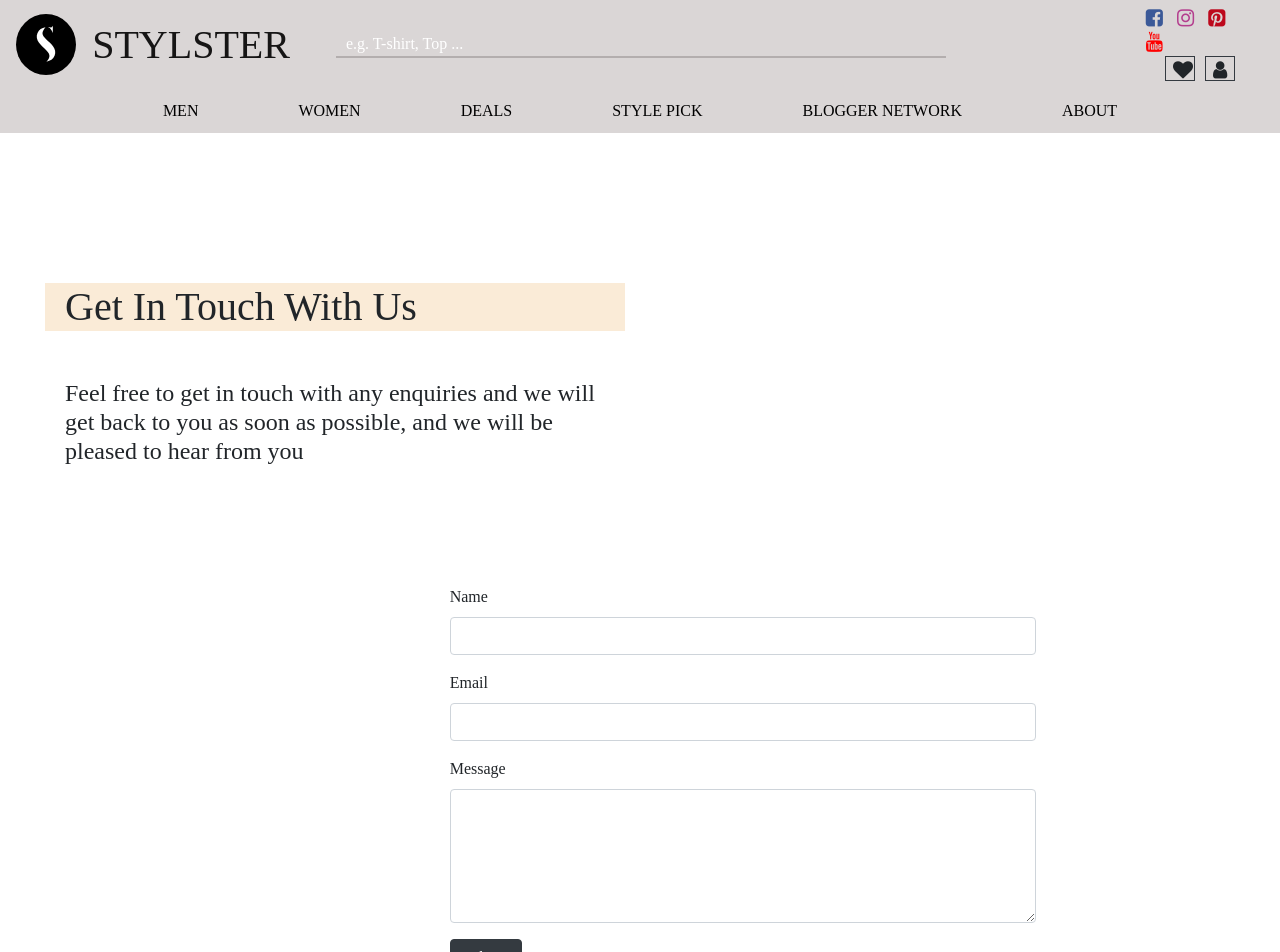
Repository: Lovekr/stylester
Page: stylster_frontend_design/contact.html
An editor plug-in stored every save of this project. The page is shown before and after the next save, followed by the edit.
The browser window is 1280 px wide. The pictures show the part of the page from y = 0 to 952 px (the page is 1689 px tall before and 1737 px after).
A picture or video elsewhere on the page could not be fetched, so the positions and the page height are approximate. Some web fonts or font styles are not loaded; a fallback is used.

Above is the page before, as saved 2020-02-26 14:53:24.

### stylster_frontend_design/contact.html
<!DOCTYPE html>
<html lang="en">
<head>
    <meta charset="UTF-8">
    <meta name="viewport" content="width=device-width, initial-scale=1.0">
    <link rel="stylesheet" href="https://stackpath.bootstrapcdn.com/bootstrap/4.4.1/css/bootstrap.min.css" >
     <link rel="stylesheet" href="./css/owl.carousel.css">
     <link rel="stylesheet" href="./css//owl.theme.default.min.css">
     <link rel="stylesheet" href="https://cdnjs.cloudflare.com/ajax/libs/font-awesome/4.7.0/css/font-awesome.min.css">
    <link rel="stylesheet" href="./css/contact.css">
    <title>STYLSTER</title>
</head>
<body>



    <div id="navbar">
        <nav class="navbar navbar-expand-lg navbar-light">
            <img class="pr-3"  src="./asset/stylster logo1-01.svg"><a class="navbar-brand" href="#">STYLSTER</a>

          <button class="navbar-toggler" type="button" data-toggle="collapse" data-target="#navbarSupportedContent" aria-controls="navbarSupportedContent" aria-expanded="false" aria-label="Toggle navigation">
            <span class="navbar-toggler-icon"></span>
        </button>
            <div class="collapse navbar-collapse" id="navbarSupportedContent">
              <input type="text" placeholder="e.g. T-shirt, Top ...">
              <div class="navbar-manu-inside">
                <a href="#">MEN</a>
                <a href="#">WOMEN</a>
                <a href="#">DEALS</a>
                <a href="#">STYLE PICK</a>
                <a href="#">BLOGGER NETWORK</a>
                <a href="#">ABOUT</a>
              </div>
              <div class="displaynone1000">
                <div>
                    <i class="fa fa-facebook-square"></i>
                    <i class="fa fa-instagram"></i>
                    <i class="fa fa-pinterest-square"></i>
                    <i class="fa fa-youtube"></i>
                  </div>
                  <div class="flexIcon">
                    <i class="fa fa-heart border border-dark"></i>
                    <i class="fa fa-user border border-dark"></i>
                  </div>
              </div>
            </div>

        </nav>
        <div class="navbar-manu">
          <a href="#">MEN</a>
          <a href="#">WOMEN</a>
          <a href="#">DEALS</a>
          <a href="#">STYLE PICK</a>
          <a href="#">BLOGGER NETWORK</a>
          <a href="#">ABOUT</a>
        </div>
    </div>





    <div class="container-fluid contactUs">
       <div class="row">
           <div class="col-md-6 col-sm-12">
                <div class="Touch">
                    <div class="bgpinK">
                        <h1 class=" my-5">Get In Touch With Us</h1>
                    </div>

                    <h4>Feel free to get in touch with any enquiries and we will get back to you as soon as possible, and we will be pleased to hear from you</h4>

                </div>
            </div>
       </div>
       <div class="row px-4">
           <div class="col-md-4 col-sm-12"></div>
           <div class="col-md-6 col-sm-12">
            <form>
                <div class="form-group">
                  <label for="exampleInputEmail1">Name</label>
                  <input type="email" class="form-control" id="exampleInputEmail1" aria-describedby="emailHelp" placeholder="Name">

                </div>
                <div class="form-group">
                  <label for="exampleInputPassword1">Email</label>
                  <input type="password" class="form-control" id="exampleInputPassword1" placeholder="Email">
                </div>
                <div class="form-group">
                    <label for="exampleFormControlTextarea1">Message</label>
                    <textarea class="form-control" id="exampleFormControlTextarea1" rows="5"></textarea>
                  </div>

                <button type="submit" class="btn btn-dark">Submit</button>
              </form>
           </div>
       </div>
    </div>

    <div id="Social" class="container">
        <div class="row">

                    <div class="col-md-4 col-sm-12">
                        <img class="img-fluid" src="https://images.unsplash.com/photo-1505156868547-9b49f4df4e04?ixlib=rb-1.2.1&ixid=eyJhcHBfaWQiOjEyMDd9&auto=format&fit=crop&w=359&q=80">
                    </div>
                    <div class="col-md-6 col-sm-12">
                        <div class="Touch">
                            <div class="bgpinK">
                                <h1 class=" my-3 text-center">Our Socials</h1>

                            </div>
                            <hr>
                            <h5>Feel free to get in touch with any enquiries and we will get back to you as soon as possible, and we will be pleased to hear from you</h4>

                            <h5>Feel free to get in touch with any enquiries and we will get back to you as soon as possible, and we will be pleased to hear from you</h4>

                            <h5>Feel free to get in touch with any enquiries and we will get back to you as soon as possible, and we will be pleased to hear from you</h5>

                        </div>
                        <div class="socialIcon text-center">
                            <h4>Follow Us</h4>

                           <div class="mt-4">
                            <a href="#"><i class="fa fa-facebook-square fa-2x pr-2"></i></a>
                            <a href="#"><i class="fa fa-instagram fa-2x pr-2"></i></a>
                            <a href="#"><i class="fa fa-pinterest-p fa-2x"></i></a>
                            <a href="#"><i class="fa fa-youtube fa-2x "></i></a>

                           </div>
                        </div>
                    </div>

        </div>
    </div>


    <br>
    <br>
    <br>
    <br>

    <br>
    <br>






    <script src="https://code.jquery.com/jquery-3.4.1.slim.min.js" ></script>
    <script src="https://cdn.jsdelivr.net/npm/popper.js@1.16.0/dist/umd/popper.min.js" ></script>
    <script src="https://stackpath.bootstrapcdn.com/bootstrap/4.4.1/js/bootstrap.min.js" ></script>
</body>
</html>

### stylster_frontend_design/css/contact.css
@import url('https://fonts.googleapis.com/css?family=Allerta+Stencil&display=swap');
html *
{
    font-family: 'Allerta Stencil';

}
*{
    margin: 0;
    padding: 0;
}
h1,h2,h3,h4,h5,h6,p{
    padding: 0px;
    margin: 0px;
}


/* navbar */




#navbar{
    background-color: rgb(218, 214, 214) !important;
}
#navbar .navbar-brand{
    font-size: 40px;
    font-weight: 500;
}
#navbar i{
    margin-right: 10px;
    font-size: 20px;
}

#navbar .nav-link{
    color: black;
    margin:0px 20px 0px 20px;
    text-decoration: underline;
    font-weight: 500;
}

.fa-facebook-square {
    color: #3b5998;
  }
.fa-instagram {
    color: #B43E8E;
}
.fa-pinterest-square {
    color: #bd081c;
}
.fa-pinterest-p {
    color: #bd081c;
}
.fa-youtube {
      color: #FF0000;
}
.fa-twitter-square {
    color: #1da1f2;
}

.flexIcon{
    display: flex;
    justify-content: center;
    width: 100%;
}
.flexIcon i{

   width: 30px;
   padding: 3px  7px;
   height: 25px;
}

#navbar input{
    width: 65%;
    margin:auto 200px auto 30px;
     outline: 0;
    border-width: 0 0 2px;
    border-color: rgb(179, 174, 174);
    background-color: rgb(218, 214, 214) !important;
}
::placeholder {
    color:white !important;
}
#navbar input:focus {
    border-color: black
  }
  #navbar input::placeholder{
      padding-left: 10px;
  }

.navbar-manu{
    display: flex;
    justify-content: center;
}
.navbar-manu a{
    margin: 10px 50px;
}
.navbar-manu a{
    color: black !important;
   font-weight: 500;
}
.navbar-manu a:hover{
    text-decoration: underline;
}
@media only screen and (min-width: 1000px){
    .navbar-manu-inside{
        display: none;
    }
}

@media only screen and (max-width: 1000px){
    .displaynone1000{
        display: none;
    }
    .navbar-manu{
        display: none;

    }

    .navbar-manu-inside {
        display: flex;
        flex-direction: column;
        margin: 20px 0px 20px 30px;
        padding: 20px 0px;
    }

    .navbar-manu-inside a{
            margin: 10px 0px;
            color: black !important;
            font-weight: 500;
    }

}
@media only screen and (max-width: 1024px){
    #navbar input {
    width: 50%;
    }
    .navbar-manu a {
        margin: 10px 20px;
    }
}

@media only screen and (max-width: 770px){
    #navbar input {
        width: 70%;
    }
}

@media only screen and (max-width: 450px){
    #navbar input {
        width: 100%;
        margin:auto;
        margin-top: 15px;
    }
}













@media only screen and (max-width: 500px){
   .bgpinK h1{
    font-size: 30px;
}


}


  .contactUs .Touch{
    margin-top: 150px ;
    padding-left: 30px;

  }

  .contactUs .Touch .bgpinK{
      background-color: antiquewhite;
  }

  .contactUs .Touch h1, .contactUs .Touch h4{
      padding-left: 20px;
  }
  form{
      margin-top: 120px;
  }
  #Social{
      margin-top: 150px;
  }
  #Social h5{
      padding-bottom: 30px;
  }
.Touch .bgpinK{
    background-color: antiquewhite;
}

Loaded but not shown: stylster_frontend_design/css/owl.carousel.css (library); stylster_frontend_design/css/owl.theme.default.min.css (common file)

After the next save:
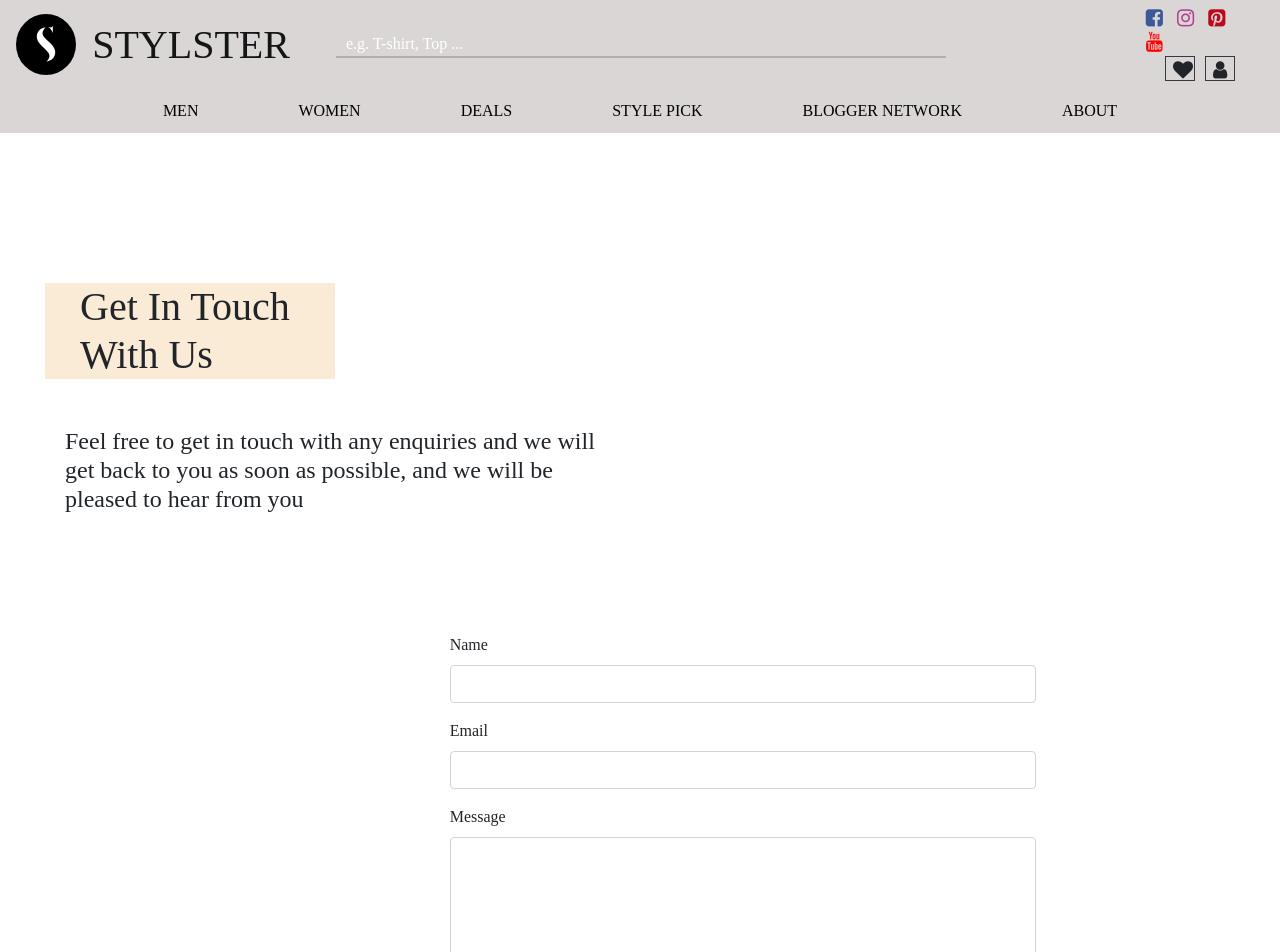
Saved 60 s later.
--- a/stylster_frontend_design/contact.html
+++ b/stylster_frontend_design/contact.html
@@ -64,7 +64,7 @@
        <div class="row">
            <div class="col-md-6 col-sm-12">
                 <div class="Touch">
-                    <div class="bgpinK">
+                    <div class="col-md-6 bgpinK">
                         <h1 class=" my-5">Get In Touch With Us</h1>
                     </div>
 

After the save that followed:
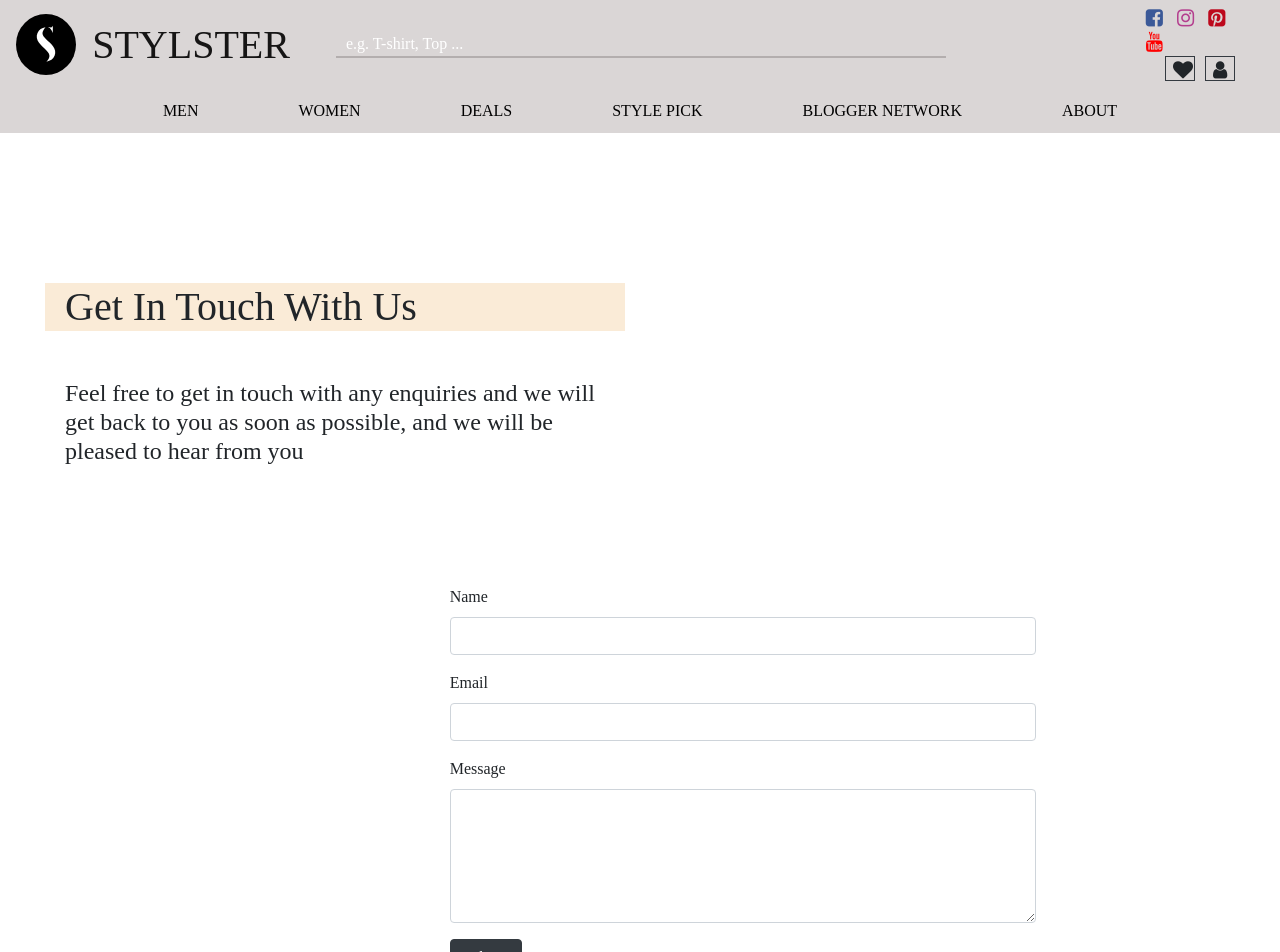
Saved 6 s later.
--- a/stylster_frontend_design/contact.html
+++ b/stylster_frontend_design/contact.html
@@ -64,7 +64,7 @@
        <div class="row">
            <div class="col-md-6 col-sm-12">
                 <div class="Touch">
-                    <div class="col-md-6 bgpinK">
+                    <div class="bgpinK">
                         <h1 class=" my-5">Get In Touch With Us</h1>
                     </div>
 
